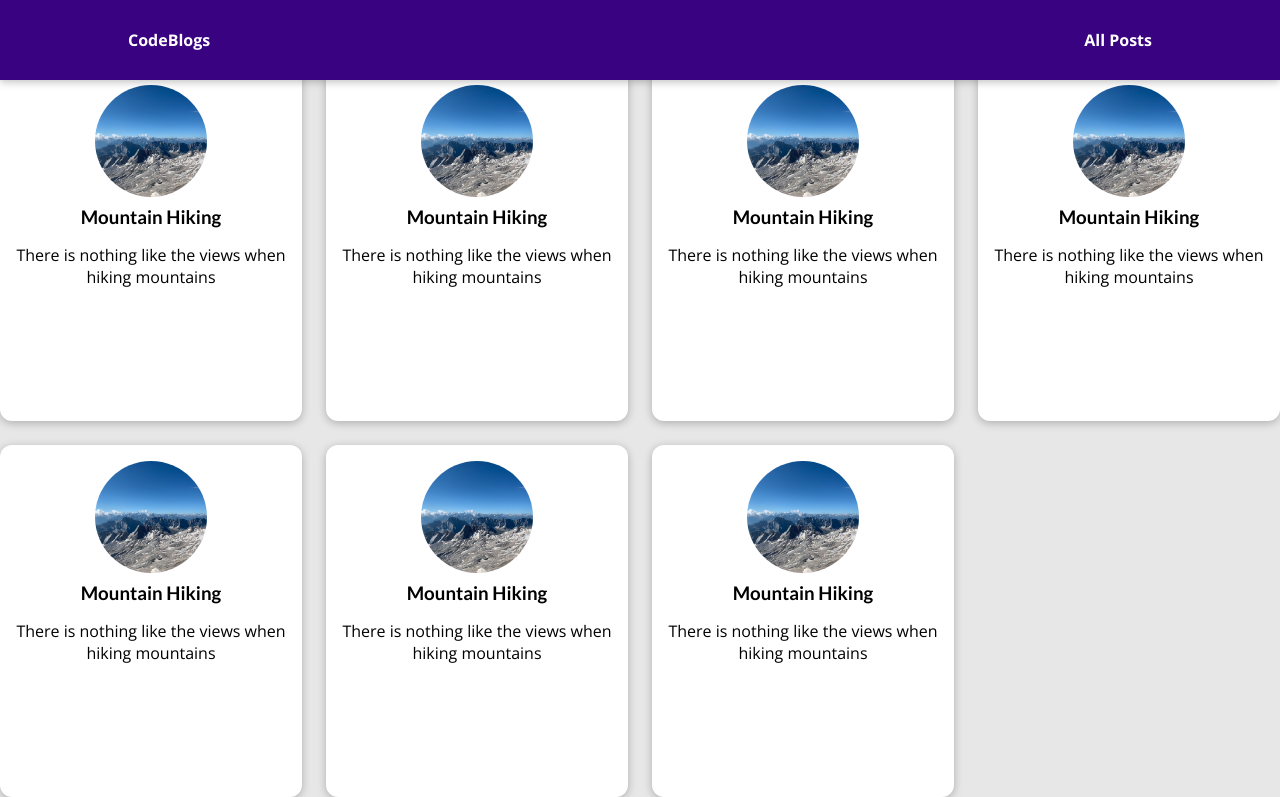
Repository: harshagr64/codeblogs
Page: http://localhost/posts
An editor plug-in stored every save of this project. The page is shown before and after the next save, followed by the edit.
The browser window is 1280 px wide. The pictures show the whole page.
The page is served by the project's application, run on Django 3.2 (manage.py).

Above is the page before, as saved 2021-08-21 11:16:30.

After the next save:
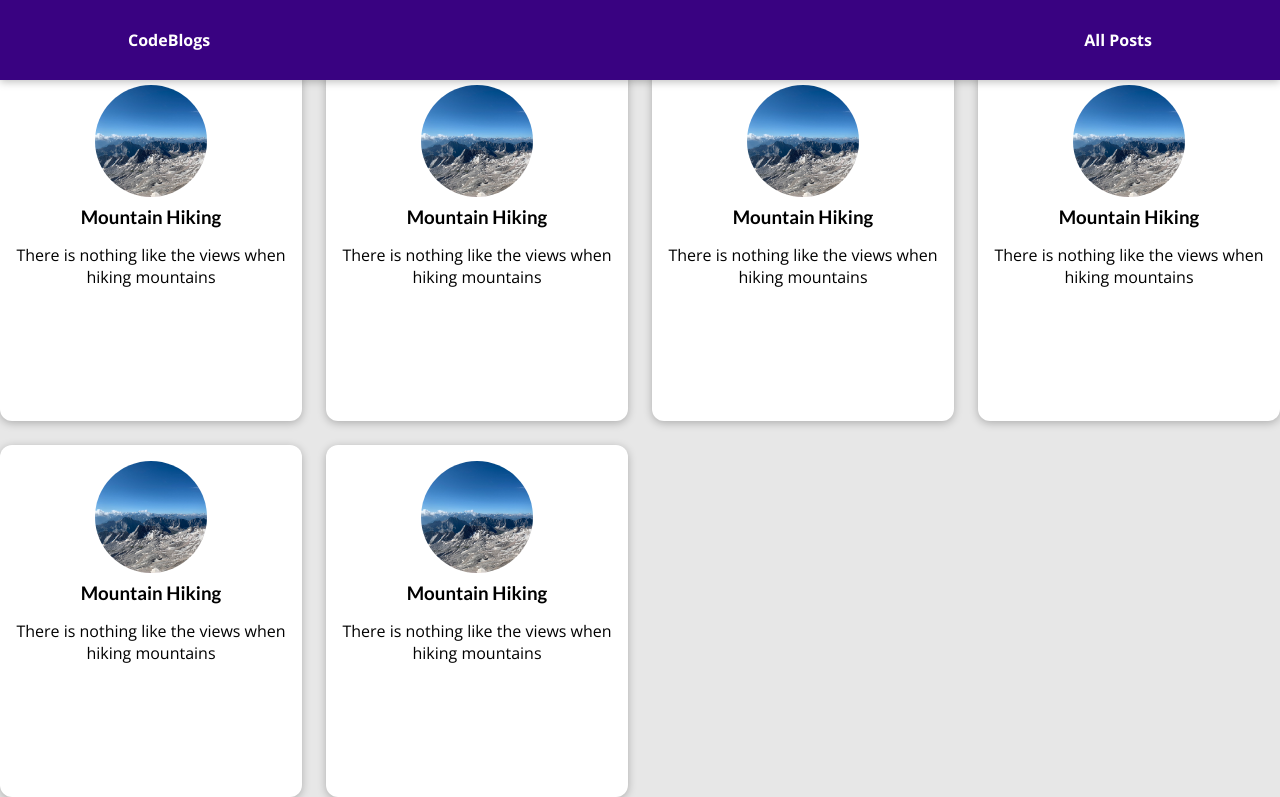
Saved 11 s later.
--- a/codeblogs/blog/templates/blog/all-posts.html
+++ b/codeblogs/blog/templates/blog/all-posts.html
@@ -21,7 +21,6 @@
             {% include "blog/includes/post.html" %}
             {% include "blog/includes/post.html" %}
             {% include "blog/includes/post.html" %}
-            {% include "blog/includes/post.html" %}
         </ul>
     </section>
 
